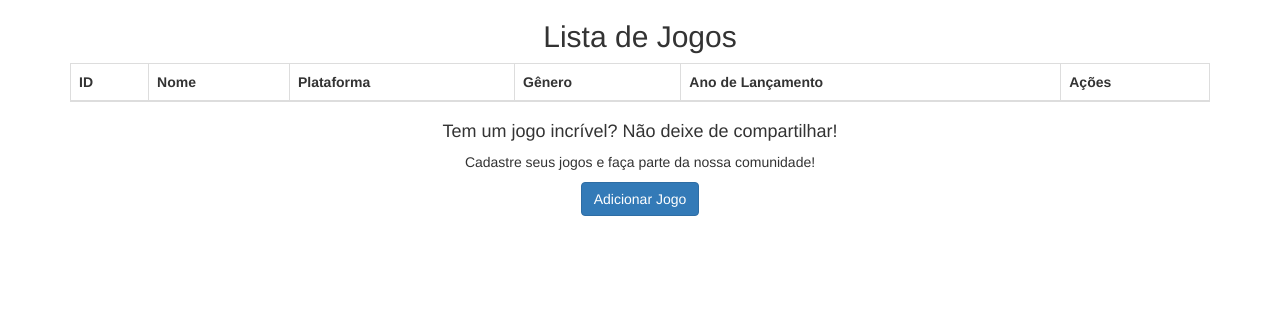
Repository: Tulio220/cadastroJogos
Page: http://localhost/aulaEly/trabalhoEly/cadastro/index.jsp
An editor plug-in stored every save of this project. The page is shown before and after the next save, followed by the edit.
The browser window is 1280 px wide. The pictures show the whole page.
The page is served by Tomcat 9. Queries for data that is not in the repository find no rows.

Above is the page before, as saved 2024-10-02 00:06:33.

After the next save:
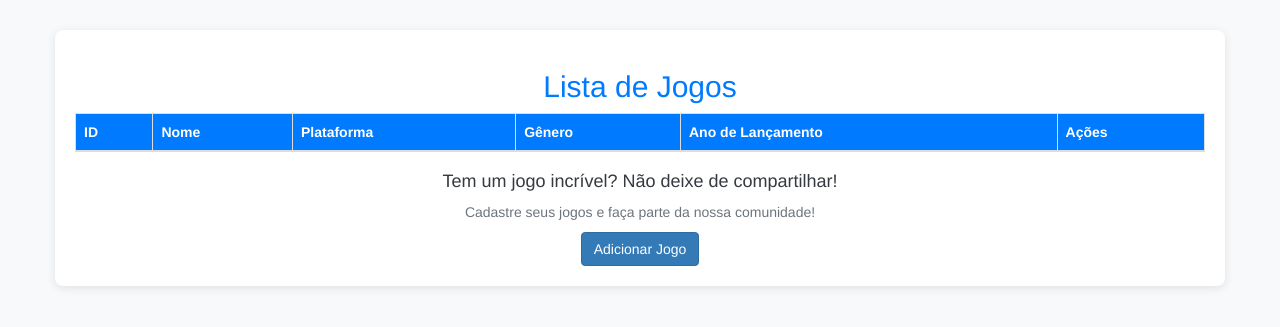
Saved 65 s later.
--- a/aulaEly/src/main/webapp/trabalhoEly/cadastro/index.jsp
+++ b/aulaEly/src/main/webapp/trabalhoEly/cadastro/index.jsp
@@ -8,6 +8,39 @@
     <meta name="viewport" content="width=device-width, initial-scale=1.0">
     <title>Lista de Jogos</title>
     <link rel="stylesheet" href="https://maxcdn.bootstrapcdn.com/bootstrap/3.4.1/css/bootstrap.min.css">
+    <style>
+        body {
+            background-color: #f8f9fa;
+        }
+        .container {
+            margin-top: 30px;
+            border-radius: 8px;
+            box-shadow: 0 2px 10px rgba(0, 0, 0, 0.1);
+            background-color: white;
+            padding: 20px;
+        }
+        h2 {
+            color: #007bff;
+        }
+        table th {
+            background-color: #007bff;
+            color: white;
+        }
+        .btn {
+            transition: background-color 0.3s, transform 0.3s;
+        }
+        .btn:hover {
+            background-color: #0056b3;
+            transform: translateY(-2px);
+        }
+        .text-center h4 {
+            margin-top: 20px;
+            color: #343a40;
+        }
+        .text-center p {
+            color: #6c757d;
+        }
+    </style>
 </head>
 <body>
     <div class="container">
